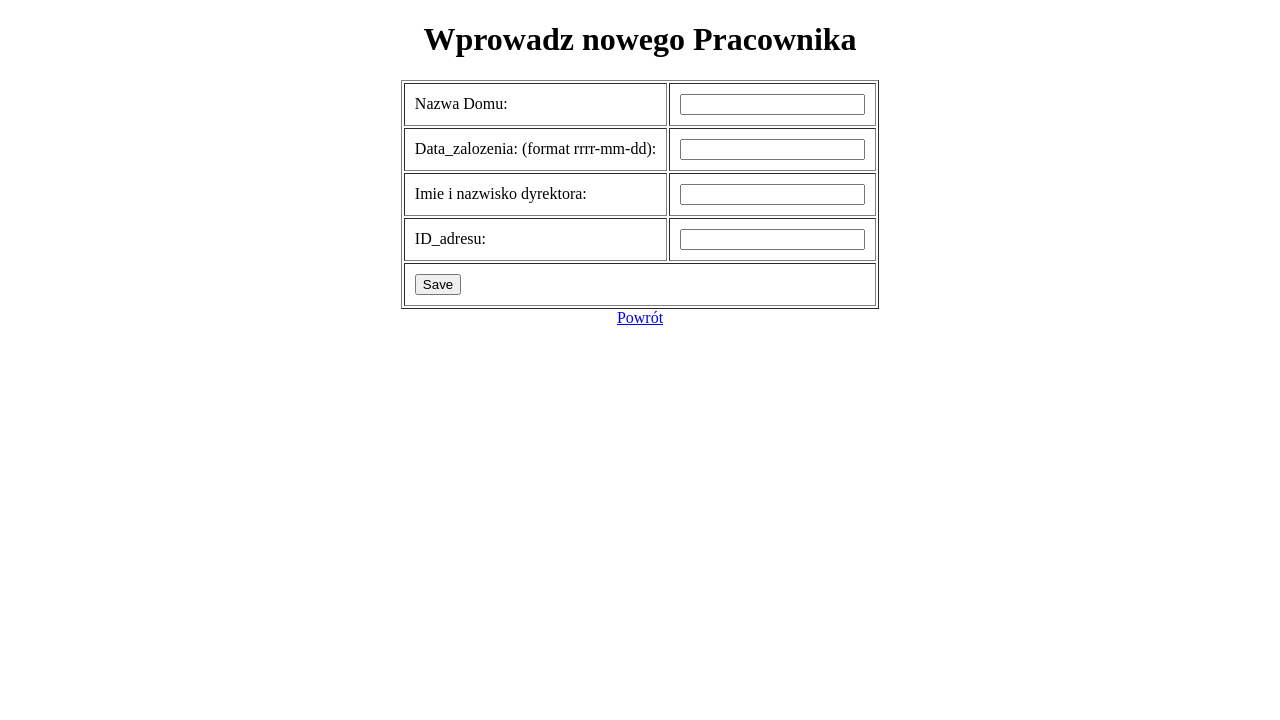
Repository: marcinRuta/houseOfCulture-crud-webapp-database
Page: http://localhost/new_pracownicy
An editor plug-in stored every save of this project. The page is shown before and after the next save, followed by the edit.
The browser window is 1280 px wide. The pictures show the whole page.
The page is this project's Thymeleaf template; nobody is signed in. The template is opened directly, without the code that normally fills it, so the values that code supplies are empty.

Above is the page before, as saved 2020-12-29 18:24:16.

After the next save:
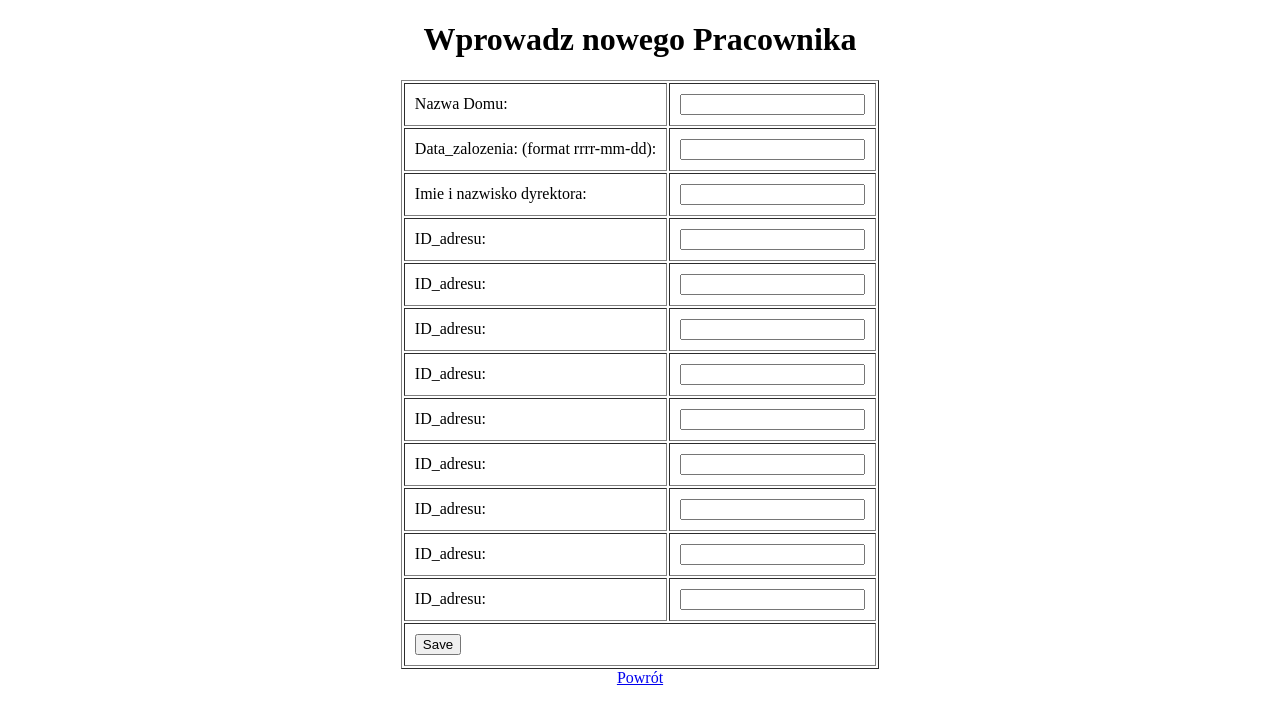
Saved 86 s later.
--- a/DomKultury/src/main/resources/templates/new_pracownicy.html
+++ b/DomKultury/src/main/resources/templates/new_pracownicy.html
@@ -45,6 +45,63 @@
 					<td><input type="text" th:field="*{ID_Adresu}"></td>
 				</tr>
 
+				<!-- Table 5th row -->
+
+				<tr>
+					<td>ID_adresu:</td>
+					<td><input type="text" th:field="*{ID_Adresu}"></td>
+				</tr>
+
+				<!-- Table 6th row -->
+
+				<tr>
+					<td>ID_adresu:</td>
+					<td><input type="text" th:field="*{ID_Adresu}"></td>
+				</tr>
+
+				<!-- Table 7th row -->
+
+				<tr>
+					<td>ID_adresu:</td>
+					<td><input type="text" th:field="*{ID_Adresu}"></td>
+				</tr>
+
+				<!-- Table 8th row -->
+
+				<tr>
+					<td>ID_adresu:</td>
+					<td><input type="text" th:field="*{ID_Adresu}"></td>
+				</tr>
+
+				<!-- Table 9th row -->
+
+				<tr>
+					<td>ID_adresu:</td>
+					<td><input type="text" th:field="*{ID_Adresu}"></td>
+				</tr>
+
+				<!-- Table 10th row -->
+
+				<tr>
+					<td>ID_adresu:</td>
+					<td><input type="text" th:field="*{ID_Adresu}"></td>
+				</tr>
+
+				<!-- Table 11th row -->
+
+				<tr>
+					<td>ID_adresu:</td>
+					<td><input type="text" th:field="*{ID_Adresu}"></td>
+				</tr>
+
+				<!-- Table 12th row -->
+
+				<tr>
+					<td>ID_adresu:</td>
+					<td><input type="text" th:field="*{ID_Adresu}"></td>
+				</tr>
+
+
 				<!-- Button save -->
 				<tr>
 					<td colspan="2"><button type="submit">Save</button></td>
@@ -55,8 +112,8 @@
 			</table>
 		</form>
 
-				<!-- EXIT -->
-				<a href="/DK">Powrót</a>
+		<!-- EXIT -->
+		<a href="/DK">Powrót</a>
 	</div>
 </body>
 </html>
